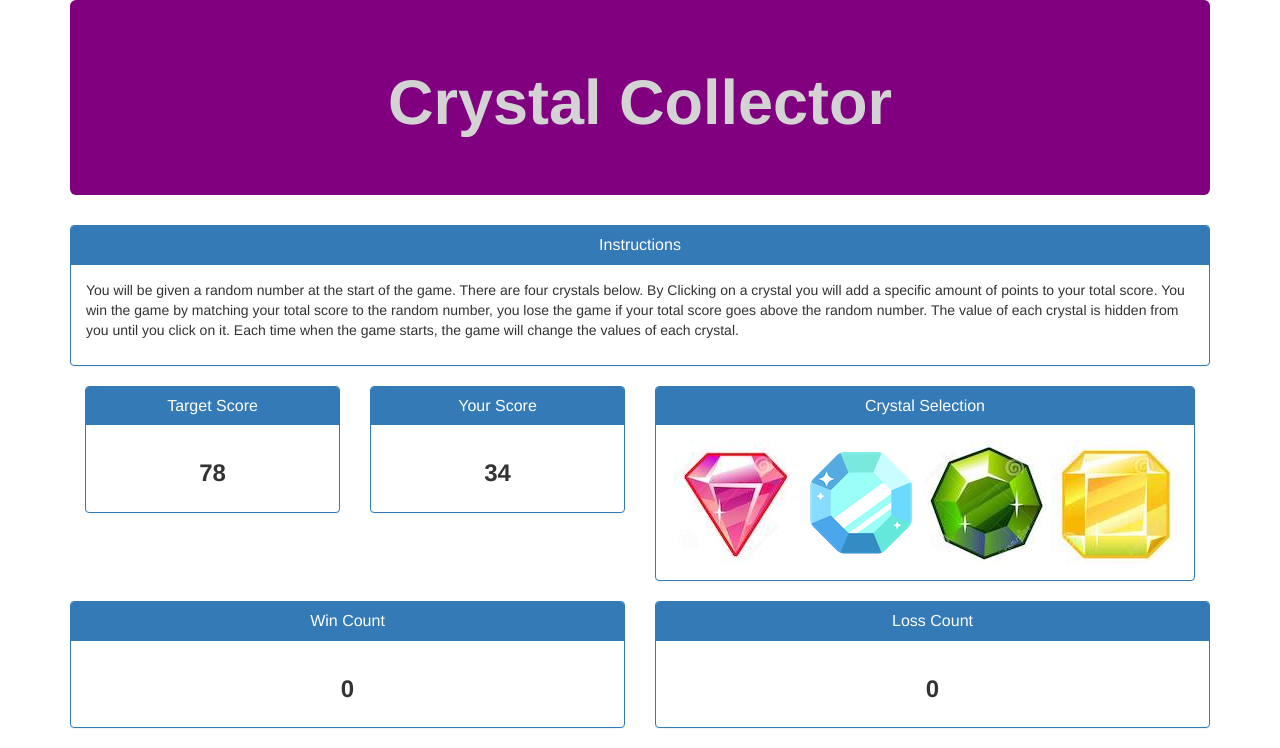
Repository: mikecherry1/week-4-game
Page: index.html
These files come from the project's save history. The page is drawn as it stood at one moment and after the next save; the edit follows.
The browser window is 1280 px wide. The pictures show the whole page.
Some web libraries are served in a nearby version.

Above is the page before, as saved 2017-11-21 19:35:20.

### index.html
<!doctype html>
<html lang="en">
  <head>

    <!-- Required meta tags -->
    <meta charset="utf-8">
    <meta name="viewport" content="width=device-width, initial-scale=1, shrink-to-fit=no">

    <!-- Bootstrap CSS -->
    <link rel="stylesheet" <link href="https://maxcdn.bootstrapcdn.com/bootstrap/3.3.7/css/bootstrap.min.css" rel="stylesheet" integrity="sha384-BVYiiSIFeK1dGmJRAkycuHAHRg32OmUcww7on3RYdg4Va+PmSTsz/K68vbdEjh4u"
        crossorigin="anonymous">
        <title>Crystal Collector</title>
  </head>
  <body>

    <div class="container">

        <div class="jumbotron" style= "background-color: purple; color: lightgrey;">
        <div class="container">
            <h1 class="text-center"><strong>Crystal Collector</strong></h1>
        </div>
    </div>

    <div class="row">
        <div class="col-lg-12">
            <div class="panel panel-primary">
                <div class="panel-heading">
                    <h3 class="panel-title text-center">Instructions</h3>
                </div>
                <div class="panel-body">
                    <p>You will be given a random number at the start of the game. There are four crystals below. By Clicking on a crystal you will add a specific amount of points to your total score. You win the game by matching your total score to the random number, you lose the game if your total score goes above the random number. The value of each crystal is hidden from you until you click on it. Each time when the game starts, the game will change the values of each crystal.</p>
            </div>
        </div>
    </div>

    </div>

    <div class="col-lg-3">

        <div class="panel panel-primary">
            <div class="panel-heading">
                <h3 class="panel-title text-center">Target Score</h3>
            </div>
            <div class="panel-body">
                <h3 class="text-center" id= "targetScore"><strong>78</strong></h3>
            </div>
        </div>
    </div>

        <div class="col-lg-3">

            <div class="panel panel-primary">
                <div class="panel-heading">
                    <h3 class="panel-title text-center" id= "yourScore">Your Score</h3>
                </div>
                <div class="panel-body">
                    <h3 class="text-center">
                        <strong>34</strong>
                    </h3>
                </div>
            </div>
        </div>

        <div class="col-lg-6">
            <div class="panel panel-primary">
                <div class="panel-heading">
                    <h3 class="panel-title text-center">Crystal Selection</h3>
                </div>
                <div class="panel-body text-center">
                    <img src="assets/images/pink_gem.jpg" alt="" id="pink">
                    <img src="assets/images/blue-crystal.png" alt="" id="blue">
                    <img src="assets/images/green_gem.jpg" alt="" id="green">
                    <img src="assets/images/yellow_gem.jpg" alt="" id="yellow">
                </div>
            </div>
        </div>

    <div class="row">

        <div class="col-lg-6">
            <div class="panel panel-primary">
                <div class="panel-heading">
                    <h3 class="panel-title text-center">Win Count</h3>
                </div>
                <div class="panel-body">
                    <h3 class="text-center">
                        <strong>0</strong>
                    </h3>
                </div>
            </div>
        </div>

        <div class="col-lg-6">
            <div class="panel panel-primary">
                <div class="panel-heading">
                    <h3 class="panel-title text-center">Loss Count</h3>
                </div>
                <div class="panel-body">
                    <h3 class="text-center">
                        <strong>0</strong>
                    </h3>
                </div>
            </div>
        </div>
    </div>


    <script src="https://code.jquery.com/jquery-3.2.1.slim.min.js" integrity="sha384-KJ3o2DKtIkvYIK3UENzmM7KCkRr/rE9/Qpg6aAZGJwFDMVNA/GpGFF93hXpG5KkN"
        crossorigin="anonymous"></script>
    <script src="https://cdnjs.cloudflare.com/ajax/libs/popper.js/1.12.3/umd/popper.min.js" integrity="sha384-vFJXuSJphROIrBnz7yo7oB41mKfc8JzQZiCq4NCceLEaO4IHwicKwpJf9c9IpFgh"
        crossorigin="anonymous"></script>
    <script src="assets/javascript/game.js"></script>
    <script src="https://maxcdn.bootstrapcdn.com/bootstrap/3.3.7/js/bootstrap.min.js" integrity="sha384-Tc5IQib027qvyjSMfHjOMaLkfuWVxZxUPnCJA7l2mCWNIpG9mGCD8wGNIcPD7Txa"
        crossorigin="anonymous"></script>

</body>
</html>

### assets/javascript/game.js
var crystal = {
    pink:
    {
        name: "Pink",
        value: 0
    },
    blue:
    {
        name: "Blue",
        value: 0
    },
    green:
    {
        name: "Green",
        value: 0
    },
    yellow:
    {
        name: "Yellow",
        value: 0
    }
};

var currentScore    = 0;
var targetScore     = 0;

var winCount        = 0;
var lossCount       = 0;


var getRandom = function(min,max) {
    return Math.floor(Math.random() * (max - min + 1)) + min;
}

var startGame = function() {

    var currentScore = 0;

    targetScore =           getRandom(19,120);

    crystal.pink.value =    getRandom(1, 12);
    crystal.blue.value =    getRandom(1, 12);
    crystal.green.value =   getRandom(1, 12);
    crystal.yellow.value =  getRandom(1, 12);

    $("#yourScore").html(currentScore);
    $("#targetScore").html(targetScore);
}

var addValues = function(crystal) {

    currentScore = currentScore + crystal.value;

    $("#yourScore").html(currentScore);

    checkWin();
}



$("#pink").click(function() {
    alert("pink!");
});

$("#blue").click(function() {
});

$("#green").click(function() {
});

$("#yellow").click(function() {
});

After the next save:
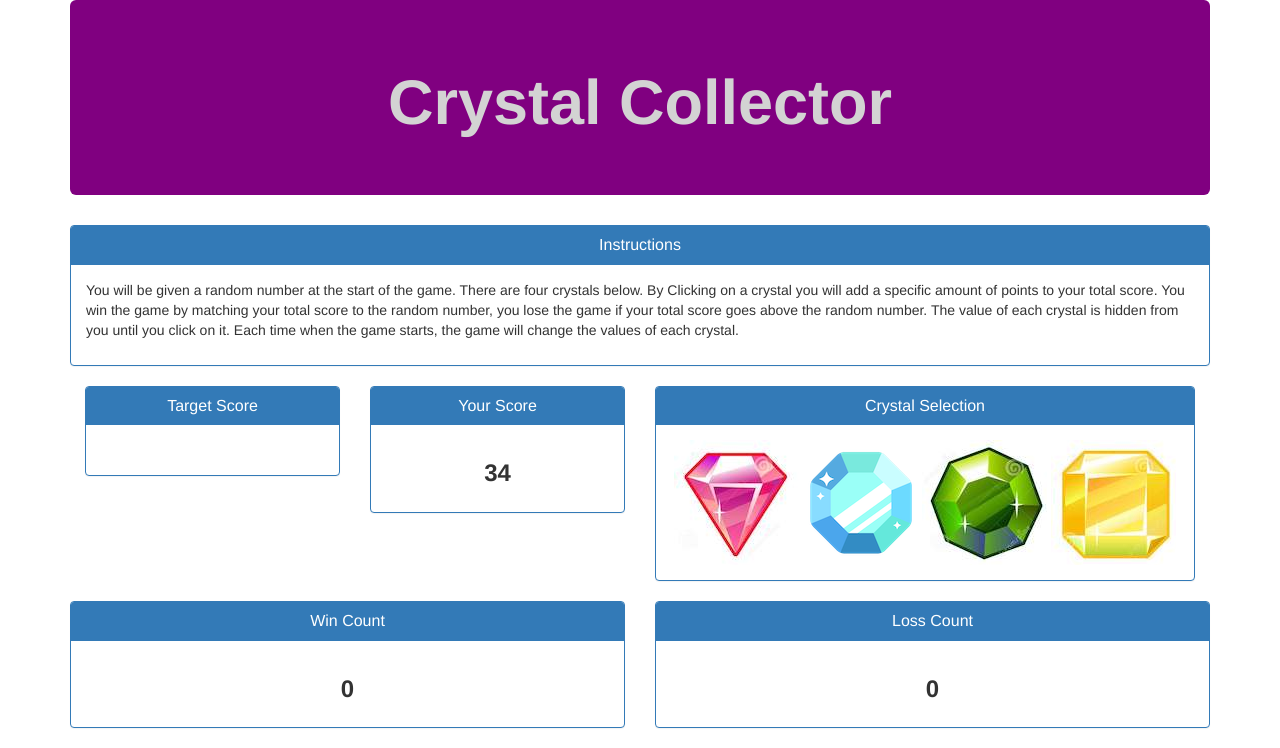
Saved 2 min 50 s later.
--- a/index.html
+++ b/index.html
@@ -42,7 +42,7 @@
                 <h3 class="panel-title text-center">Target Score</h3>
             </div>
             <div class="panel-body">
-                <h3 class="text-center" id= "targetScore"><strong>78</strong></h3>
+                <h3 class="text-center" id= "targetScore"></h3>
             </div>
         </div>
     </div>
